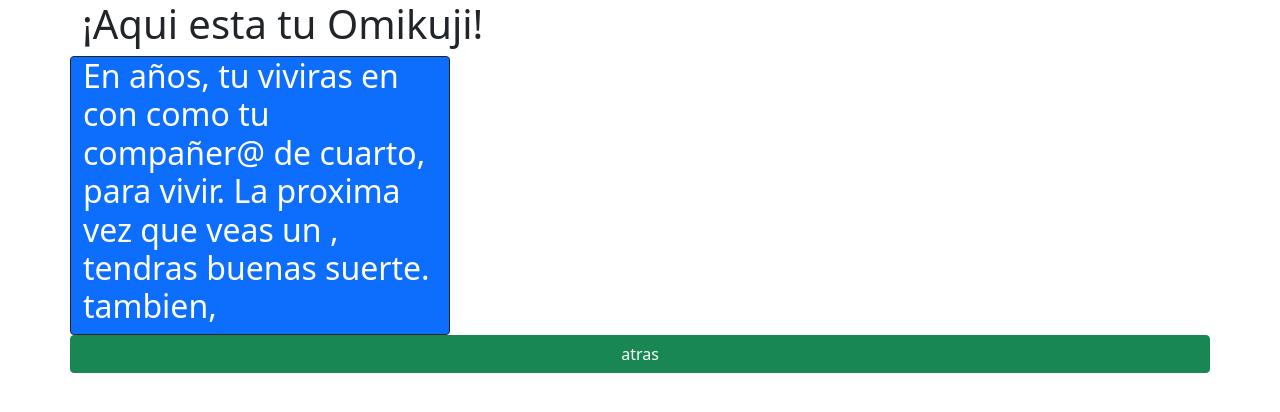
Repository: fanoneytor/condingDojo-JavaSpring
Page: http://localhost/Omikuji/WEB-INF/show.jsp
An editor plug-in stored every save of this project. The page is shown before and after the next save, followed by the edit.
The browser window is 1280 px wide. The pictures show the whole page.
The page is served by Tomcat 9. Nobody is signed in. Other server files are loaded and not shown. The template is opened directly, without the code that normally fills it, so the values that code supplies are empty.

Above is the page before, as saved 2023-03-12 19:11:45.

### workspace/Omikuji/src/main/webapp/WEB-INF/show.jsp
<%@ page language="java" contentType="text/html; charset=UTF-8"
    pageEncoding="UTF-8"%>
<%@ taglib prefix = "c" uri = "http://java.sun.com/jsp/jstl/core" %>
<!DOCTYPE html>
<html>
<head>
<meta charset="UTF-8">
<title>Omikuji</title>
<link href="https://cdn.jsdelivr.net/npm/bootstrap@5.0.2/dist/css/bootstrap.min.css" rel="stylesheet" integrity="sha384-EVSTQN3/azprG1Anm3QDgpJLIm9Nao0Yz1ztcQTwFspd3yD65VohhpuuCOmLASjC" crossorigin="anonymous">
</head>
<body>
	<div class="container">
		<div class="row">
			<h1>¡Aqui esta tu Omikuji!</h1>
			<div class="col-4 border bg-primary text-white border-dark rounded">
				<h2>En ${numero} años, tu viviras en ${nombreCiudad} con ${nombrePersona}
				como tu compañer@ de cuarto, ${profesion} para vivir. La proxima vez
				que veas un ${serVivo}, tendras buenas suerte. tambien, ${algoBueno}</h1>
			</div>
			<a href="/" class="btn btn-success">atras</a>
		</div>
	</div>
</body>
</html>

After the next save:
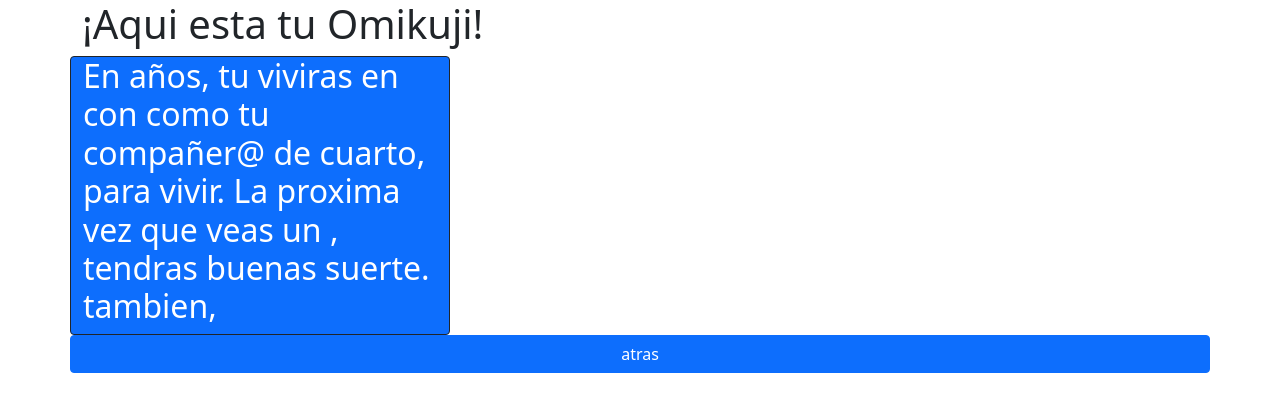
Saved 70 s later.
--- a/workspace/Omikuji/src/main/webapp/WEB-INF/show.jsp
+++ b/workspace/Omikuji/src/main/webapp/WEB-INF/show.jsp
@@ -17,7 +17,7 @@
 				como tu compañer@ de cuarto, ${profesion} para vivir. La proxima vez
 				que veas un ${serVivo}, tendras buenas suerte. tambien, ${algoBueno}</h1>
 			</div>
-			<a href="/" class="btn btn-success">atras</a>
+			<a href="/" class="btn btn-primary">atras</a>
 		</div>
 	</div>
 </body>
